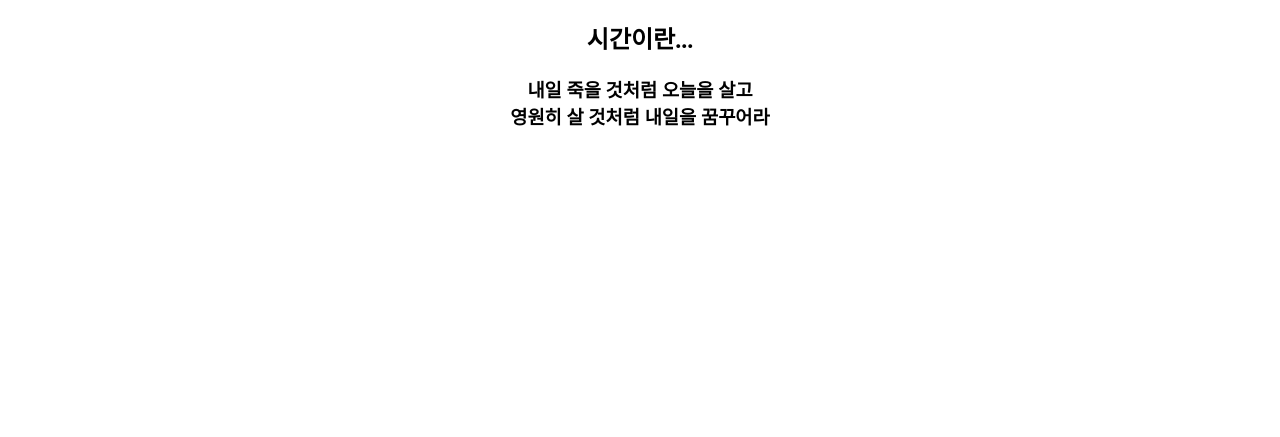
Repository: Kongnamu/JSPworks
Page: http://localhost/jwbook/Time.jsp
An editor plug-in stored every save of this project. The page is shown before and after the next save, followed by the edit.
The browser window is 1280 px wide. The pictures show the whole page.
The page is served by Tomcat 9.

Above is the page before, as saved 2023-11-20 02:57:53.

After the next save:
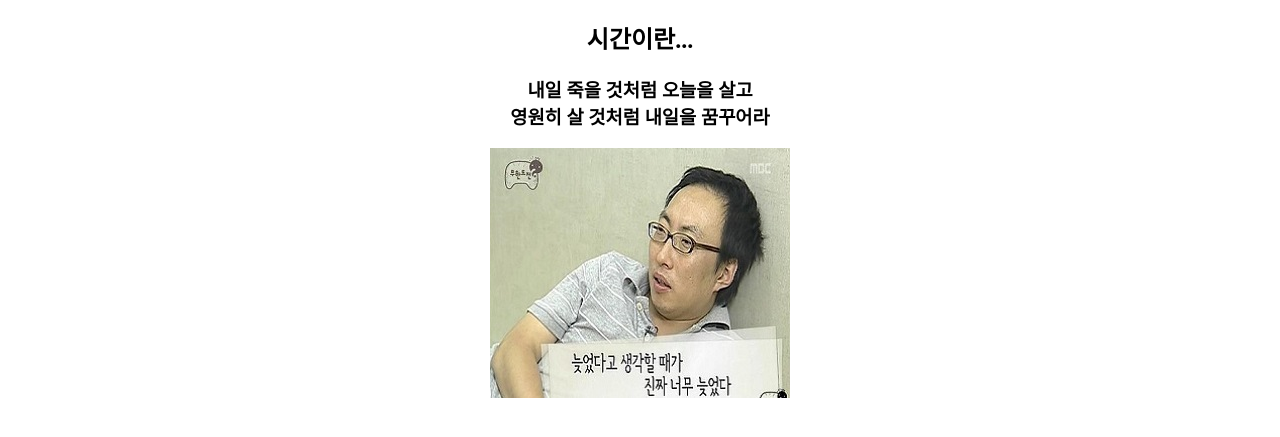
Saved 2 min 37 s later.
--- a/jwbook/src/main/webapp/Time.jsp
+++ b/jwbook/src/main/webapp/Time.jsp
@@ -15,6 +15,9 @@
 		<h2>시간이란...</h2>
 		<h3>내일 죽을 것처럼 오늘을 살고<br>
 			영원히 살 것처럼 내일을 꿈꾸어라</h3>
+		<div>
+			<img src="resource/images/time.jpg" alt="시간">
+		</div>
 	</div>
 </body>
 </html>
